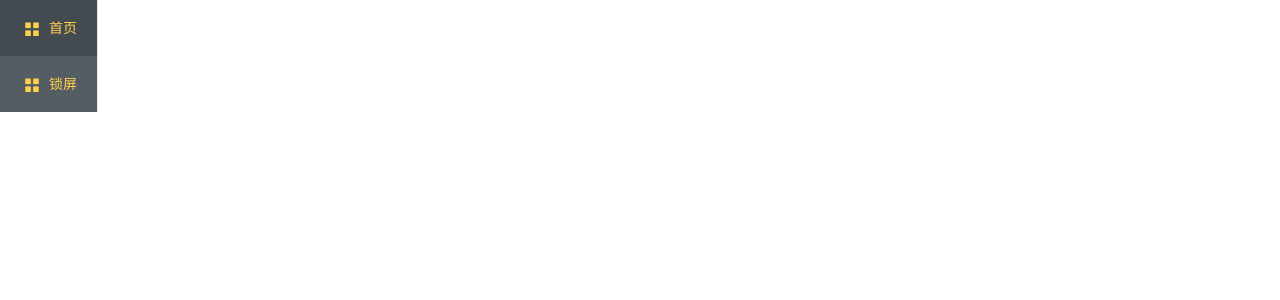
Repository: wujingwenwu/-vue-2.0
Page: /
The author's editor kept a copy of each file at every save. The page is drawn from the files as they stood at one save, then again after the next save.
The browser window is 1280 px wide. The pictures show the whole page.
The project was rebuilt for these pictures with package versions that can differ from the ones it lists, and the page was loaded fresh each time. Also part of the build but not shown: src/views/Home.vue.

Above is the page before, as saved 2020-09-29 10:18:10.

After the next save:
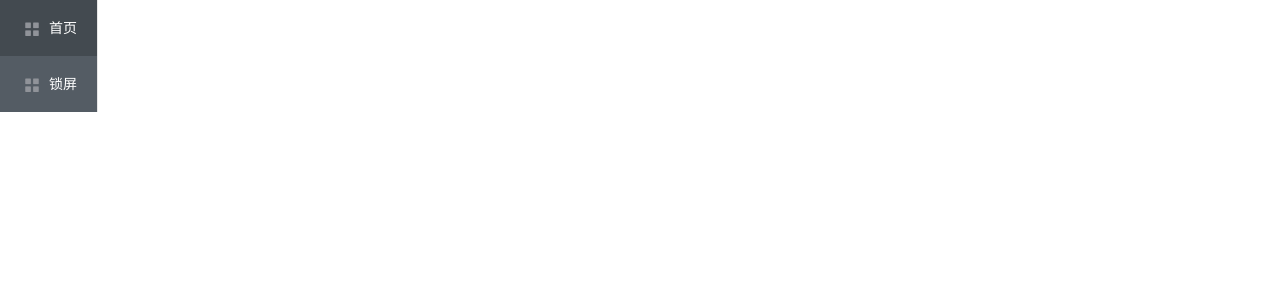
Saved 18 s later.
--- a/src/views/layout/layout.vue
+++ b/src/views/layout/layout.vue
@@ -9,7 +9,7 @@
       background-color="#545c64"
       text-color="#fff"
       active-text-color="#ffd04b" >
-      <el-menu-item index="2" v-for="(item,index) in arr" :key="index">
+      <el-menu-item :index="index" v-for="(item,index) in arr" :key="index">
         <i class="el-icon-menu"></i>
         <span slot="title">{{item.name}}</span>
       </el-menu-item>
